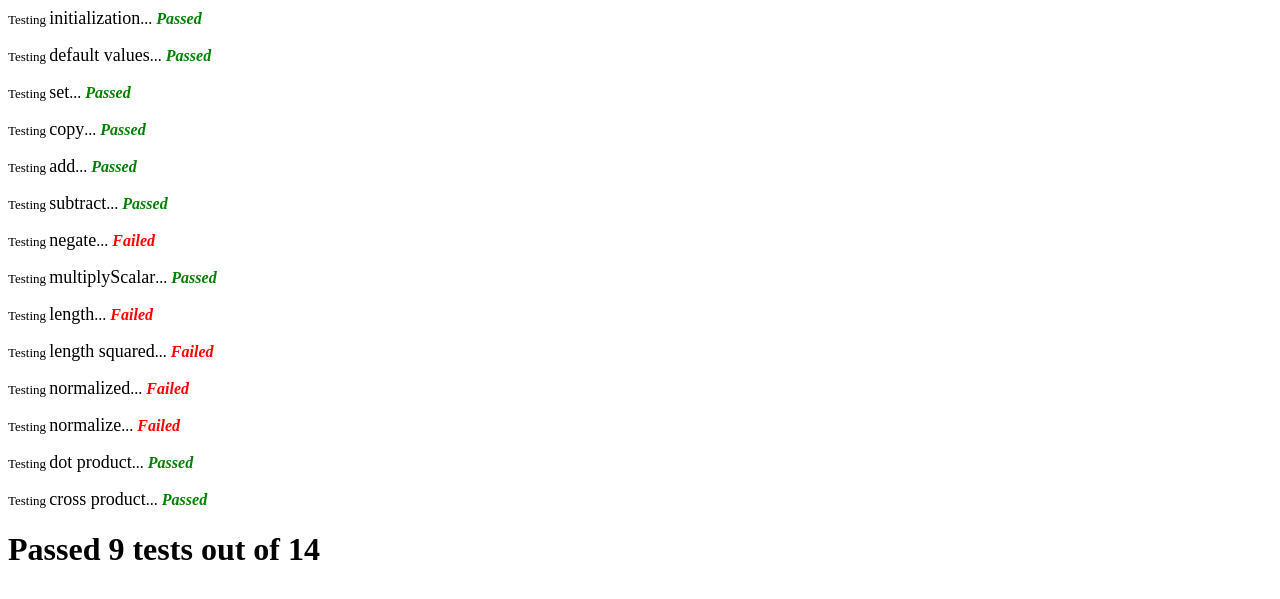
Repository: granolavsraosins/CST336
Page: CST325/hw1/test-vector3.html
The author's editor kept a record of every edit. The page is drawn from the files as they stood at one moment, then again after the next edit.
The browser window is 1280 px wide. The pictures show the whole page.

Above is the page before.

After the next edit:
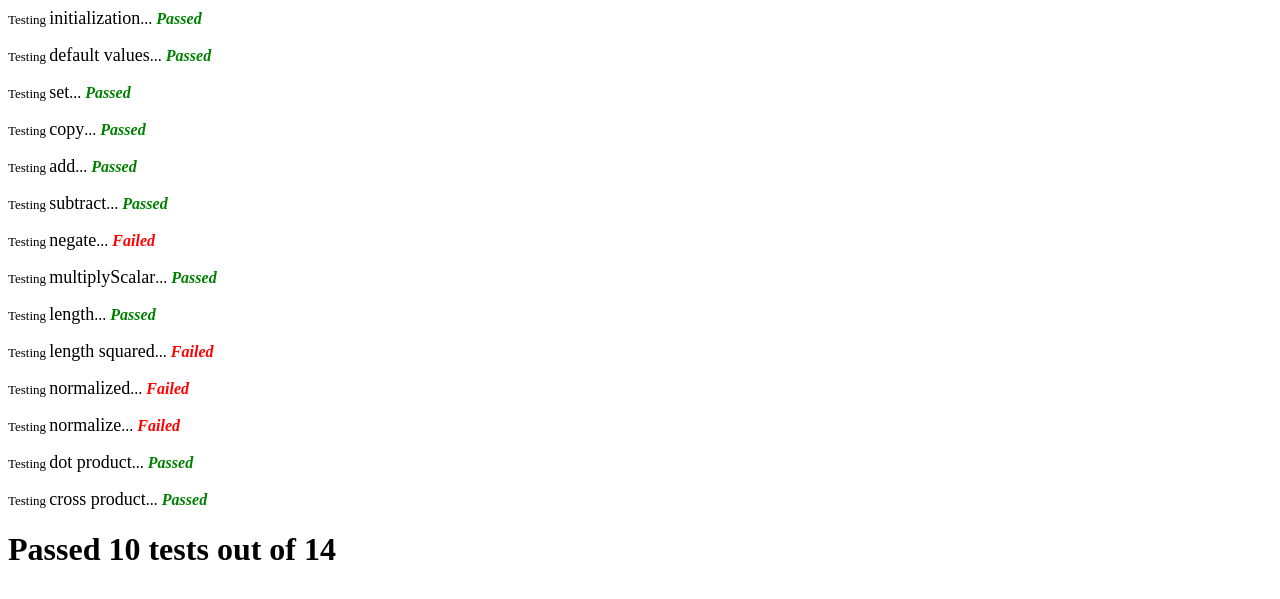
The edit:
--- a/CST325/hw1/vector3.js
+++ b/CST325/hw1/vector3.js
@@ -71,7 +71,7 @@
 	this.length = function() {
 		// todo - return the magnitude (a.k.a length) of this vector (1pt)
 		// This should NOT change the values of this.x, this.y, and this.z
-		return 0;
+		return Math.sqrt(this.x * this.x + this.y * this.y + this.z * this.z);
 	};
 
 	this.lengthSqr = function() {
